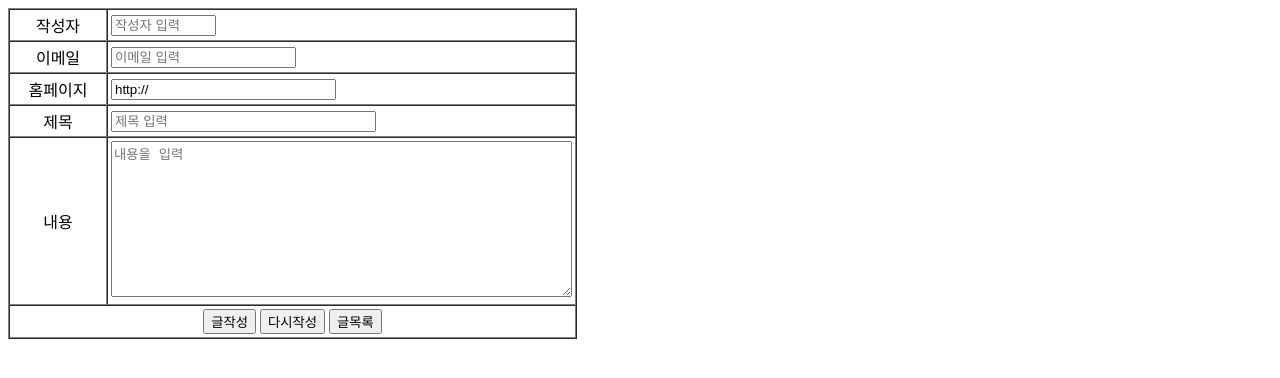
Repository: naldal/Bitcamp
Page: http://localhost/miniProject/board/boardWriteForm.jsp
These files come from the project's save history. The page is drawn as it stood at one moment and after the next save; the edit follows.
The browser window is 1280 px wide. The pictures show the whole page.
The page is served by Tomcat 9.

Above is the page before, as saved 2020-02-14 03:00:46.

After the next save:
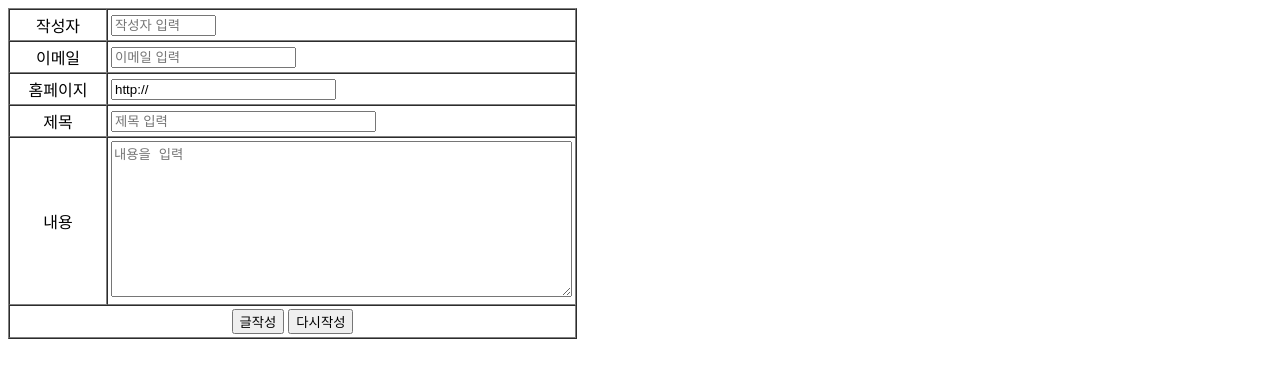
Saved 8 min 10 s later.
--- a/miniProject/WebContent/board/boardWriteForm.jsp
+++ b/miniProject/WebContent/board/boardWriteForm.jsp
@@ -40,10 +40,21 @@
 				<td colspan="2" align="center">
 				<input type="button" value="글작성" onclick="checkGuestbookWrite()">
 				<input type="reset" value="다시작성">
-				<input type="button" value="글목록" onclick="location.href='/guestbookServlet/GuestbookListServlet?pg=1'">
+				<!-- <input type="button" value="글목록" onclick="location.href='/guestbookServlet/GuestbookListServlet?pg=1'"> -->
 				</td>
 			</tr>
 		</table>
 	</form>
 </body>
+<script type="text/javascript">
+function checkGuestbookWrite() {
+	if(document.writeForm.subject.value==""){
+		alert("제목을 입력하세요.")
+	} else if(document.writeForm.content.value==""){
+		alert("내용을 입력하세요.")
+	} else {
+		document.writeForm.submit();
+	}
+}
+</script>
 </html>
